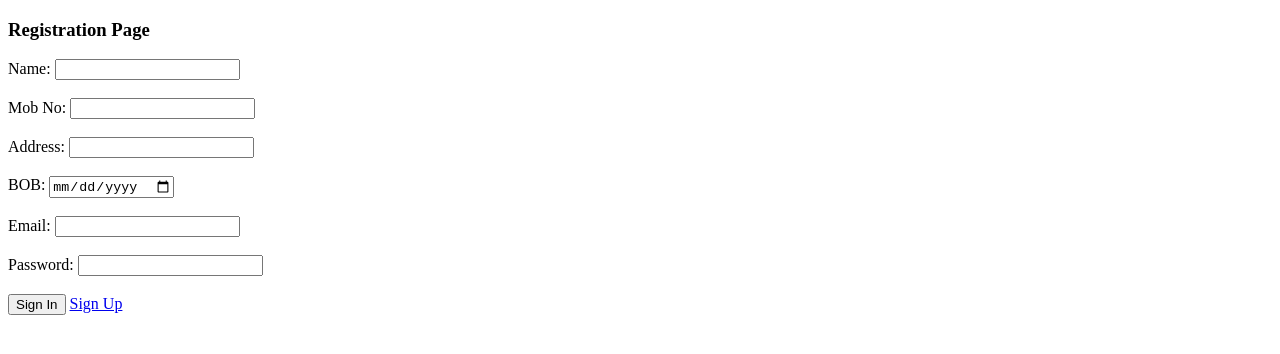
Repository: VinayBhirud/bookshop1
Page: bookshop1/src/main/webapp/register.html
The author's editor kept a copy of each file at every save. The page is drawn from the files as they stood at one save, then again after the next save.
The browser window is 1280 px wide. The pictures show the whole page.

Above is the page before, as saved 2023-06-20 13:07:54.

### bookshop1/src/main/webapp/register.html
<!DOCTYPE html>
<html>
<head>
<meta charset="UTF-8">
<title>Registration</title>
</head>
<body>
<h3>Registration Page</h3>
	<form method="post" action="login">
		Name: <input type="text" name="name"/><br><br>
		Mob No: <input type="text" name="mobno"/><br><br>
		Address: <input type="text" name="mobno"/><br><br>
		BOB: <input type="date" name="mobno"/><br><br>
		Email: <input type="text" name="email"/><br><br>
		Password: <input type="password" name="passwd"/><br/><br/>
		<input type="submit" value="Sign In"/>
		<a href="register.html">Sign Up</a>
	</form>
</body>
</html>

After the next save:
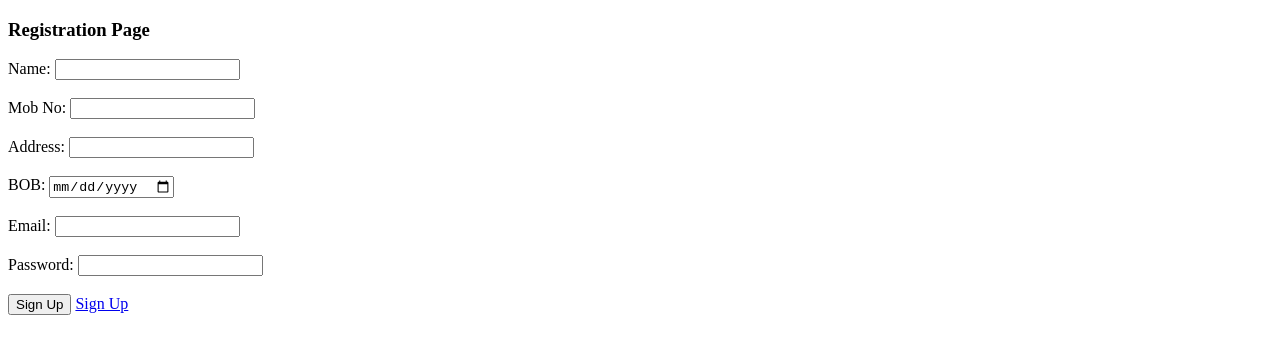
Saved 66 s later.
--- a/bookshop1/src/main/webapp/register.html
+++ b/bookshop1/src/main/webapp/register.html
@@ -6,14 +6,14 @@
 </head>
 <body>
 <h3>Registration Page</h3>
-	<form method="post" action="login">
+	<form method="post" action="index.html">
 		Name: <input type="text" name="name"/><br><br>
 		Mob No: <input type="text" name="mobno"/><br><br>
 		Address: <input type="text" name="mobno"/><br><br>
 		BOB: <input type="date" name="mobno"/><br><br>
 		Email: <input type="text" name="email"/><br><br>
 		Password: <input type="password" name="passwd"/><br/><br/>
-		<input type="submit" value="Sign In"/>
+		<input type="submit" value="Sign Up"/>
 		<a href="register.html">Sign Up</a>
 	</form>
 </body>
